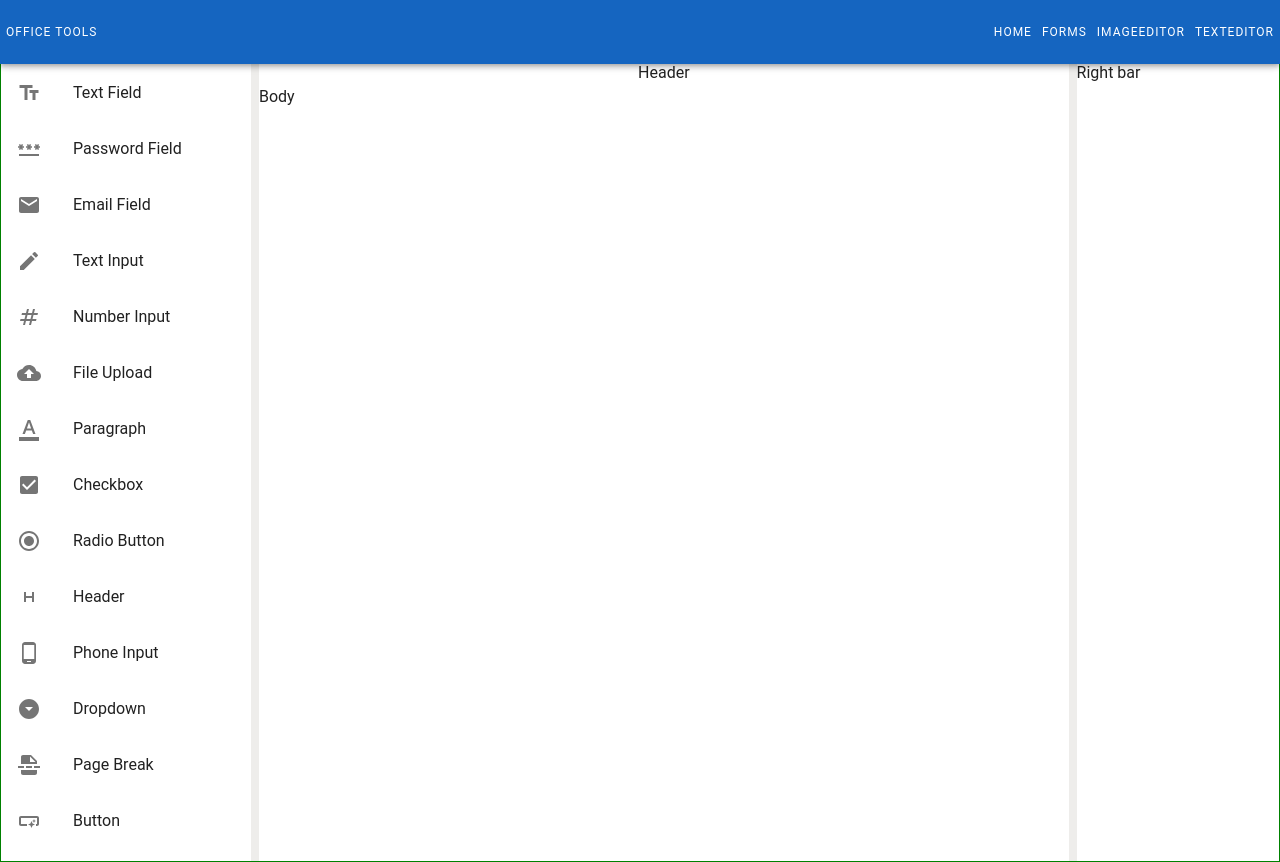
Repository: Vijay-Singh1/office-tools
Page: /form-builder/Create-Form
The author's editor kept a copy of each file at every save. The page is drawn from the files as they stood at one save, then again after the next save.
The browser window is 1280 px wide. The pictures show the whole page.
The project was rebuilt for these pictures with package versions that can differ from the ones it lists, and the page was loaded fresh each time. Also part of the build but not shown: vite.config.ts, src/FormBuilderApp/src/pages/FormBuilderHome.tsx, src/FormBuilderApp/src/pages/OpenForms.tsx, src/App.css, src/components/common/sidebar/Sidebar.tsx, src/ImageEditor/src/pages/ImageEditorHome.tsx, src/ImageEditor/src/pages/CreateImage.tsx, src/DocsEditor/src/pages/DocsEditorHome.tsx and 1 more.

Above is the page before, as saved 2024-09-13 22:42:56.

### index.html
<!doctype html>
<html lang="en">
  <head>
    <meta charset="UTF-8" />
    <link rel="icon" type="image/svg+xml" href="/vite.svg" />
    <meta name="viewport" content="width=device-width, initial-scale=1.0" />
    <title>Office Tools</title>
  </head>
  <body>
    <div id="root"></div>
    <script type="module" src="/src/main.tsx"></script>
  </body>
</html>

### src/main.tsx
import { StrictMode } from 'react'
import { createRoot } from 'react-dom/client'
import App from './App.tsx'
import './index.css'// Import Tailwind CSS
import { ThemeProvider } from '@mui/material/styles';
import CssBaseline from '@mui/material/CssBaseline';
import theme from "./appTheme/appTheme.ts"
import AppRoutes from './routes.js';
createRoot(document.getElementById('root')!).render(
  <StrictMode>
    <ThemeProvider theme={theme}>
    <CssBaseline />
    <AppRoutes />
    </ThemeProvider>
  </StrictMode>,
)

### src/appTheme/appTheme.ts
// src/theme/theme.js

import { createTheme } from '@mui/material/styles';
import { blue,  red, orange, green, grey } from '@mui/material/colors';

const theme = createTheme({
  palette: {
    primary: {
      light: blue[300], // Light shade for hover effects, etc.
      main: blue[600],  // Main primary color
      dark: blue[800],  // Dark shade for contrast
      contrastText: '#ffffff',
    },
    secondary: {
      light: blue[200], // Light blue as a secondary color
      main: blue[400],  // A mid-range blue for secondary actions
      dark: blue[700],  // Darker shade for emphasis
      contrastText: '#ffffff',
    },
    error: {
      main: red[500],
    },
    warning: {
      main: orange[500],
    },
    info: {
      main: blue[300],
    },
    success: {
      main: green[500],
    },
    background: {
      default: '#ffffff',
      paper: blue[50], // Very light blue background for paper components
    },
    text: {
      primary: grey[900],
      secondary: blue[800], // Dark blue text for secondary elements
    },
    action: {
      hover: grey[200], // Light blue on hover
      selected: blue[50], // Even lighter blue when an item is selected
      disabledBackground: blue[50], // Light blue background for disabled items
      disabled: grey[400], // Disabled text color
    },
    divider: blue[100], // Light blue for dividers and borders
  },
  typography: {
    fontFamily: 'Roboto, Arial, sans-serif',
    h1: {
      fontWeight: 700,
      color: blue[800], // Dark blue for headings
    },
    h2: {
      fontWeight: 700,
      color: blue[700], // Slightly lighter for sub-headings
    },
    subtitle1: {
      fontSize: 12,
      letterSpacing : "1px"
    },
  },
  spacing :[0,2,4,6,8,10],
  components: {
    MuiButton: {
      styleOverrides: {
        root: {
          borderRadius: 8,
          '&:hover': {
            backgroundColor: blue[700], // Darker blue on hover
          },
        },
      },
    },
    MuiAppBar: {
      styleOverrides: {
        colorPrimary: {
          backgroundColor: blue[800], // Darker shade for AppBar
        },
      },
    },
    MuiPaper: {
      styleOverrides: {
        root: {
          backgroundColor: blue[50], // Very light blue for paper components
        },
      },
    },
    // Add more component customizations as needed
  },
});

export default theme;

### src/routes.tsx
import React from 'react';
import { createBrowserRouter, RouterProvider } from 'react-router-dom';
import { formBuilderRoutes } from './FormBuilderApp/src/formBuilderRoutes';
import App from './App';
import { imageEditorRoutes } from './ImageEditor/src/ImageEditorRoutes';
import { docsEditorRoutes } from './DocsEditor/src/docsEditorRoutes';

// Combine routes from different modules
const router = createBrowserRouter([
  {
    path: '/',
    element: <App />,
    children: [
      ...formBuilderRoutes,
      ...imageEditorRoutes,
      ...docsEditorRoutes
      // Add other module routes here
    ],
  },
]);

const AppRoutes: React.FC = () => {
  return <RouterProvider router={router} />;
};

export default AppRoutes;

### src/FormBuilderApp/src/formBuilderRoutes.tsx
import React from 'react';
import { RouteObject } from 'react-router-dom';
import FormBuilderHome from './pages/FormBuilderHome';
import CreateForm from './pages/CreateForm';
import OpenForms from './pages/OpenForms';
import FormBuilderMain from './pages/FormBuilderMain';


export const formBuilderRoutes: RouteObject[] = [
  {
    path: 'form-builder',
    element: < FormBuilderMain/>,
    children: [
      {
        path: '/form-builder',
        element: <FormBuilderHome />,
      },
      {
        path: '/form-builder/Create-Form',
        element: <CreateForm />,
      },
      {
        path: '/form-builder/Open-Form',
        element: <OpenForms />,
      },
    ],
  },
];

### src/App.tsx
import { Outlet } from "react-router-dom";
import "./App.css";
import Sidebar from "./components/common/appBar/sidebar/Sidebar";
import { AppBar, Box, IconButton, Stack, Toolbar, Typography,   } from "@mui/material";
import MenuIcon from '@mui/icons-material/Menu';
import Appbar from "./components/common/appBar/Appbar";
import {DndContext} from '@dnd-kit/core';
const App: React.FC = () => {

  return (
    <DndContext>
      <Stack direction="column" bgcolor = "#EEEDEB">
        <Appbar/>
      <Box>
        <Outlet />
      </Box>
      </Stack>
      </DndContext>

  );
};

export default App;

### src/ImageEditor/src/ImageEditorRoutes.tsx
import React from 'react';
import { RouteObject } from 'react-router-dom';
import ImageEditorMain from './pages/ImageEditorMain';
import ImageEditorHome from './pages/ImageEditorHome';
import CreateImage from './pages/CreateImage';


export const imageEditorRoutes: RouteObject[] = [
  {
    path: 'image-editor',
    element: < ImageEditorMain/>,
    children: [
      {
        path: '/image-editor',
        element: <ImageEditorHome />,
      },
      {
        path: '/image-editor/Create-Image',
        element: <CreateImage />,
      },

    ],
  },
];

### src/DocsEditor/src/docsEditorRoutes.tsx
import React from 'react';
import { RouteObject } from 'react-router-dom';
import DocsEditorMain from './pages/DocsEditorMain';
import DocsEditorHome from './pages/DocsEditorHome';
import CreateDocs from './pages/CreateDocs';


export const docsEditorRoutes: RouteObject[] = [
  {
    path: '/docs-editor',
    element: < DocsEditorMain/>,
    children: [
      {
        path: '/docs-editor',
        element: <DocsEditorHome />,
      },
      {
        path: '/docs-editor/Create-docs',
        element: <CreateDocs />,
      },

    ],
  },
];

### src/FormBuilderApp/src/pages/CreateForm.tsx

import Box from '@mui/material/Box';
import React from 'react'
import { Stack } from '@mui/material';
import FormSidebar from '../components/sidebar/Sidebar';
import CenterComponent from '../components/centerComponent/centerComponent';
import RightBar from '../components/RightBar/RightBar';



const CreateForm : React.FC = () => {
  return (
    <Box  border={"1px solid green"} flex ={1} minHeight="calc(100vh - 60px)"   >
      <Stack direction="row" spacing={4}  justifyContent={"space-between"} sx={{ height: '100%' }}  >
      <FormSidebar/>
      <CenterComponent/>
      <RightBar/>
</Stack>
    </Box>
  )
}

export default CreateForm

### src/FormBuilderApp/src/pages/FormBuilderMain.tsx
import { Box, Stack } from '@mui/material'
import { Outlet } from 'react-router-dom'



const FormBuilderMain = () => {
  return (
      <Box width={"100%"} >
        <Stack direction="row" spacing={2}>
            <Outlet />
          </Stack>
          </Box>
  )
}

export default FormBuilderMain

### src/components/common/appBar/Appbar.tsx
import { AppBar, Box, styled, Toolbar, Typography } from '@mui/material'
import React from 'react'
import HomeRepairServiceIcon from '@mui/icons-material/HomeRepairService';
import { NavLink } from 'react-router-dom';

const StyledToolBar = styled(Toolbar)({
    display : "flex",
    justifyContent : "space-between"
})

const NavItems = styled(Box)(({theme}) =>({
    color : theme.palette.primary.contrastText,
    display: "flex",
    // border : "1px solid red",
    gap: theme.spacing(5)
}))

const StyledNavLink = styled(NavLink)(({theme})=>({
    width : "40%",
    color : theme.palette.primary.contrastText,
    textDecoration : "none",


}))

const Appbar = () => {
  return (
    <Box sx={{ flexGrow: 1 }} height={"60px"} position="sticky" top={0} zIndex={1000}>
    <AppBar position='static' >
        <StyledToolBar>
        <Typography variant='subtitle1' sx={{display : {sm : "block", xs : "none"}}}>OFFICE TOOLS</Typography>
            <HomeRepairServiceIcon sx={{display : {sm : "none", xs : "block"}}}/>
            <NavItems>
            <StyledNavLink to="/"><Typography variant='subtitle1'>HOME</Typography> </StyledNavLink>
            <StyledNavLink to="/form-builder"><Typography variant='subtitle1'>FORMS</Typography></StyledNavLink>
            <StyledNavLink to="/image-editor"><Typography variant='subtitle1'>IMAGEEDITOR</Typography></StyledNavLink>
            <StyledNavLink to="/docs-editor"><Typography variant='subtitle1'>TEXTEDITOR</Typography></StyledNavLink>
        </NavItems>
        </StyledToolBar>

    </AppBar>
    </Box>
  )
}

export default Appbar

### src/ImageEditor/src/pages/ImageEditorMain.tsx
import { Home } from '@mui/icons-material'
import { Box, Stack } from '@mui/material'
import React from 'react'
import { Outlet } from 'react-router-dom'
import Sidebar from '../../../components/common/sidebar/Sidebar'


const sideBarItem = [
    {
      text :"ImageEditor",
      icon :<Home/>
    },
    {
      text :"ImageEditor",
      icon :<Home/>
    },
    {
      text :"ImageEditor",
      icon :<Home/>
    },
    {
      text :"ImageEditor",
      icon :<Home/>
    },
  ]
const ImageEditorMain = () => {
  return (
    <Box width={"100%"}>
      <Stack direction="row" spacing={2}>
        <Sidebar items ={sideBarItem}/>
          <Outlet />
        </Stack>
        </Box>
  )
}

export default ImageEditorMain

### src/DocsEditor/src/pages/DocsEditorMain.tsx
import { Box, Stack } from '@mui/material'
import React from 'react'
import Sidebar from '../../../components/common/sidebar/Sidebar'
import { Outlet } from 'react-router-dom'
import { Home } from '@mui/icons-material'


const sideBarItem = [
    {
      text :"Docs",
      icon :<Home/>
    },
    {
      text :"Docs",
      icon :<Home/>
    },
    {
      text :"Docs",
      icon :<Home/>
    },
    {
      text :"Docs",
      icon :<Home/>
    },
  ]
const DocsEditorMain = () => {
  return (
    <Box width={"100%"}>
        <Stack direction="row" spacing={2}>
          <Sidebar items ={sideBarItem}/>
            <Outlet />
          </Stack>
          </Box>
  )
}

export default DocsEditorMain

### src/FormBuilderApp/src/components/sidebar/Sidebar.tsx
import { Box, List, ListItem, ListItemButton, ListItemIcon, ListItemText, Radio } from '@mui/material'
import React from 'react'
import { ArrowDropDownCircle, CheckBox, FormatColorText, HMobiledata, Home, InsertPageBreak, PhoneAndroid, RadioButtonChecked, SmartButton } from '@mui/icons-material';
import { SidebarItem } from '../../pages/formTypes';
import TextFieldsIcon from '@mui/icons-material/TextFields';
import PasswordIcon from '@mui/icons-material/Password';
import EmailIcon from '@mui/icons-material/Email';
import CreateIcon from '@mui/icons-material/Create';
import NumbersIcon from '@mui/icons-material/Numbers';
import CloudUploadIcon from '@mui/icons-material/CloudUpload';
import {useDraggable} from '@dnd-kit/core';


const sideBarItem :SidebarItem[] = [
  {
    text :"Text Field",
    icon :<TextFieldsIcon/>
  },
  {
    text :"Password Field",
    icon :<PasswordIcon/>
  },
  {
    text :"Email Field",
    icon :<EmailIcon/>
  },
  {
    text :"Text Input",
    icon :<CreateIcon/>
  },
  {
    text :"Number Input",
    icon :<NumbersIcon/>
  },
  {
    text :"File Upload",
    icon :<CloudUploadIcon/>
  },
  {
    text :"Paragraph",
    icon :<FormatColorText/>
  },
  {
    text :"Checkbox",
    icon :<CheckBox/>
  },
  {
    text :"Radio Button",
    icon :<RadioButtonChecked/>
  },
  {
    text :"Header",
    icon :<HMobiledata/>
  },
  {
    text :"Phone Input",
    icon :<PhoneAndroid/>
  },
  {
    text :"Dropdown",
    icon :<ArrowDropDownCircle/>
  },
  {
    text :"Page Break",
    icon :<InsertPageBreak/>
  },
  {
    text :"Button",
    icon :<SmartButton/>
  },
]

const Draggable = ({ icon , text, id, label }) => {
  const { attributes, listeners, setNodeRef, transform } = useDraggable({
    id,
  });

  const style = {
    transform: `translate3d(${transform?.x}px, ${transform?.y}px, 0)`,
    // padding: '8px',
    // border: '1px solid #ccc',
    marginBottom: '8px',
    cursor: 'grab',
  };

  return (

      <ListItem disablePadding ref={setNodeRef} style={style} {...listeners} {...attributes}
       >
          <ListItemButton  >
            <ListItemIcon>
              {icon}
            </ListItemIcon>
            <ListItemText >{text}</ListItemText>

          </ListItemButton>
        </ListItem>

  );
};


const FormSidebar:React.FC<SidebarItem> = () => {
  return (
    <Box
    width="250px"
    overflowY="auto"
    bgcolor="white"
    sx={{ height: '100%' }}  >
      <List>
      {sideBarItem?.map((item, idx) =>(
        <Draggable key={idx}  icon = {item.icon}  text  = {item.text} id={idx}  />
      ))}
      </List>
    </Box>
  )
}

export default FormSidebar

### src/FormBuilderApp/src/components/centerComponent/centerComponent.jsx
import { Box, Stack } from '@mui/material'
import React from 'react'
import FormSidebar from '../sidebar/Sidebar'
import { Home } from '@mui/icons-material'


const CenterComponent = () => {
  return (
    <Box flex={4} bgcolor={"white"} width="250px"
    overflowY="auto"

    sx={{ height: '100%' }}  >
      <Stack direction={'column'} spacing={6}>
        <Box bgcolor={"white"} flex ={1} display={"flex"} justifyContent={"center"} >Header</Box>
        <Box>Body</Box>
      </Stack>
    </Box >
  )
}

export default CenterComponent

### src/FormBuilderApp/src/components/RightBar/RightBar.jsx
import { Box } from '@mui/material'
import React from 'react'

const RightBar = () => {
  return (
    <Box flex={1}  width="250px"
    overflowY="auto"
    bgcolor="white"

    sx={{ height: '100%' }}>
      Right bar
    </Box>
  )
}

export default RightBar

Loaded but not shown: src/index.css (common file)

After the next save:
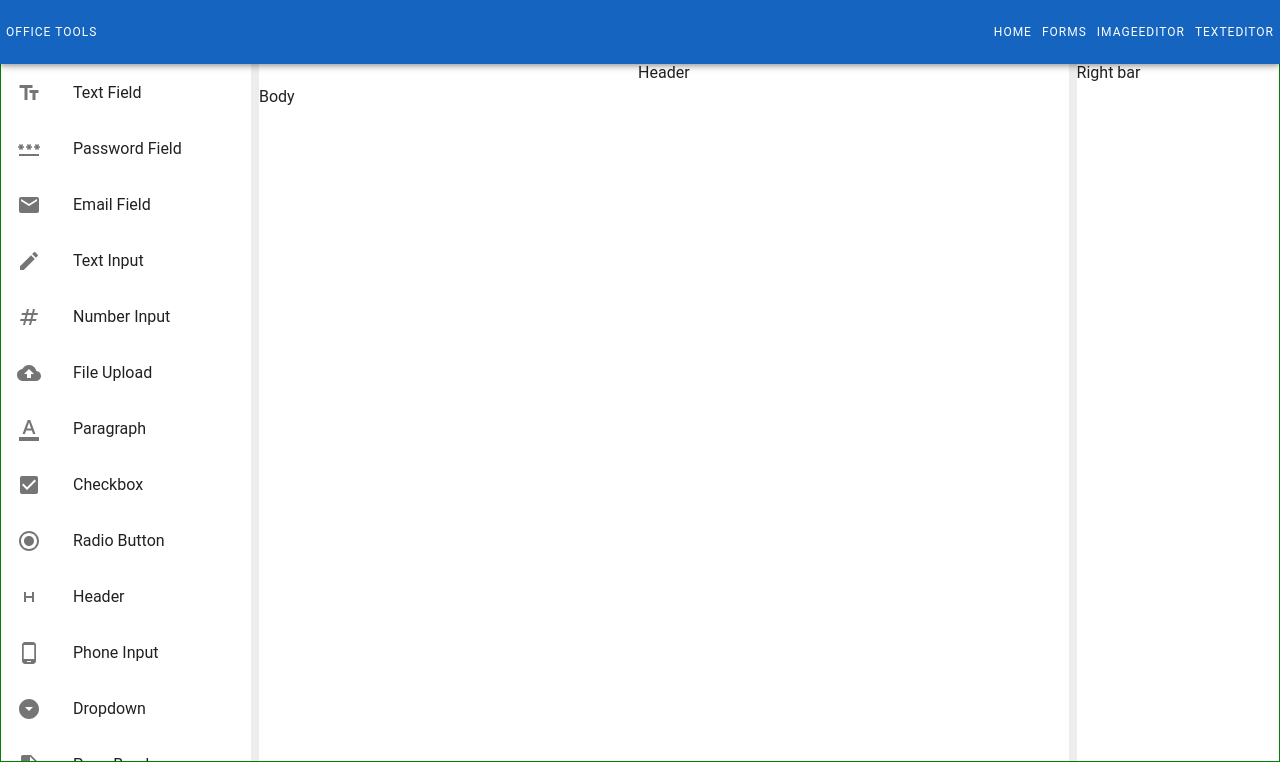
Saved 13 s later.
--- a/src/FormBuilderApp/src/components/sidebar/Sidebar.tsx
+++ b/src/FormBuilderApp/src/components/sidebar/Sidebar.tsx
@@ -106,7 +106,15 @@ const FormSidebar:React.FC<SidebarItem> = () => {
     width="250px"
     overflowY="auto"
     bgcolor="white"
-    sx={{ height: '100%' }}  >
+    sx={{
+      mb: 2,
+      display: "flex",
+      flexDirection: "column",
+      height: 700,
+      overflow: "hidden",
+      overflowY: "scroll",
+     // justifyContent="flex-end" # DO NOT USE THIS WITH 'scroll'
+    }} >
       <List>
       {sideBarItem?.map((item, idx) =>(
         <Draggable key={idx}  icon = {item.icon}  text  = {item.text} id={idx}  />
